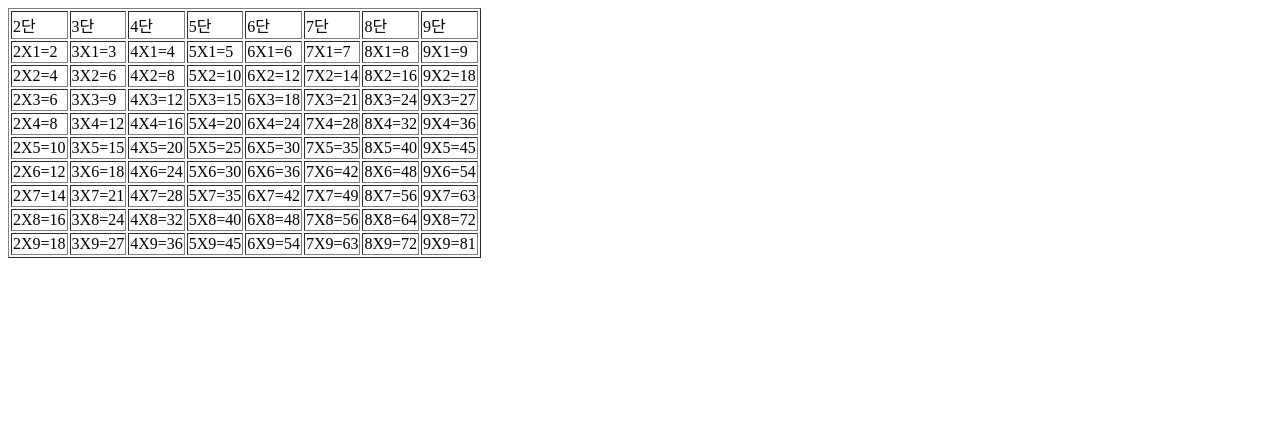
Repository: sieoh/2024html-
Page: http://localhost/jspweb_07/HW_07_이시연.jsp
An editor plug-in stored every save of this project. The page is shown before and after the next save, followed by the edit.
The browser window is 1280 px wide. The pictures show the whole page.
The page is served by Tomcat 9.

Above is the page before, as saved 2024-01-11 02:50:00.

After the next save:
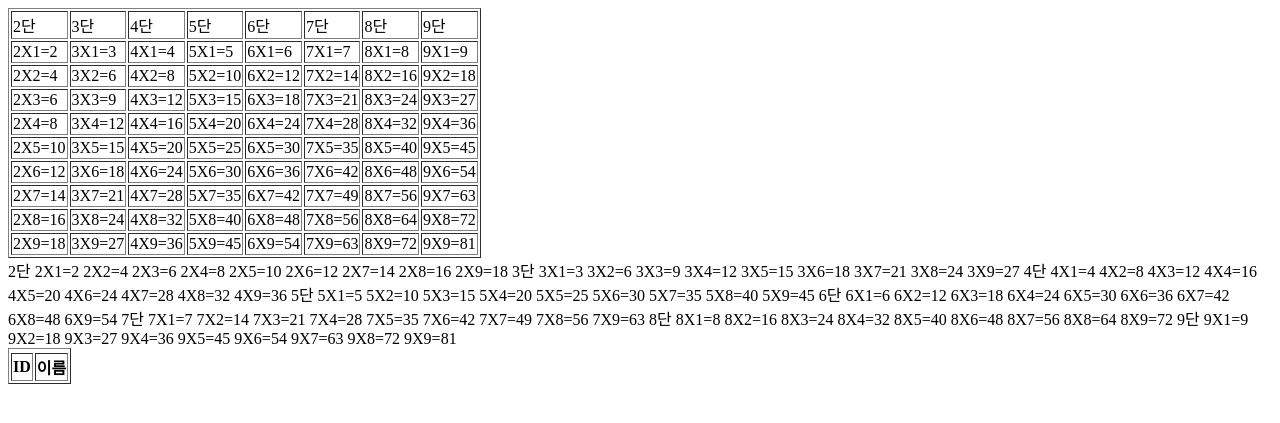
Saved 5 min 50 s later.
--- a/workspace_sts/jspweb_07/src/main/webapp/HW_07_이시연.jsp
+++ b/workspace_sts/jspweb_07/src/main/webapp/HW_07_이시연.jsp
@@ -18,5 +18,19 @@
 			<td><%=i+"X"+j+"="+j*i %></td> <%} %>
 		</tr><%} %>
 	</table>
+	<%
+		out.println("<table border='1'>");
+		out.println("<tr>");
+		for(int i=2;i<10;i++){
+			out.println(i+"단");
+			for(int j=1;j<10;j++) {
+				out.println(i+"X"+j+"="+j*i);
+			}
+		}
+		out.println("<tr>");
+	    out.println("<th>ID</th>");
+	    out.println("<th>이름</th>");
+	    out.println("</tr>");
+	%>
 </body>
 </html>
